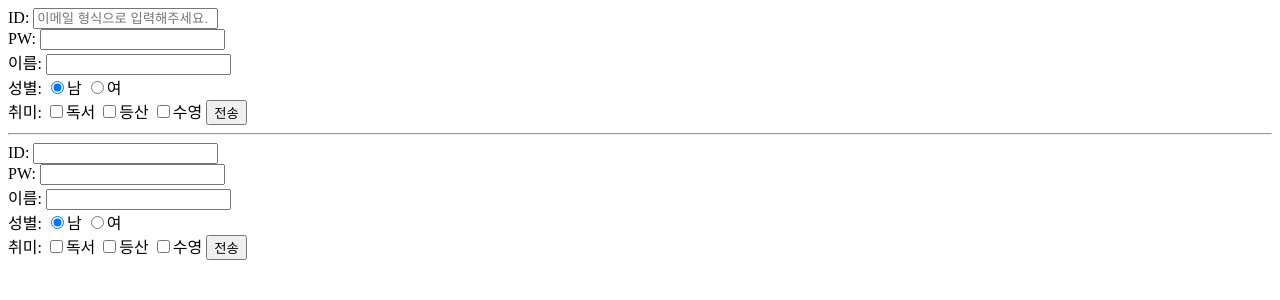
Repository: WonHwiAhn/JAVAClass
Page: 180131_GetParameterValues/WebContent/regist.html
An editor plug-in stored every save of this project. The page is shown before and after the next save, followed by the edit.
The browser window is 1280 px wide. The pictures show the whole page.

Above is the page before, as saved 2018-01-31 01:31:03.

### 180131_GetParameterValues/WebContent/regist.html
<!DOCTYPE html>
<html>
<head>
<meta charset="EUC-KR">
<title>Insert title here</title>
</head>
<body>
	<form action="ms2">
		ID: <input type="text" name="id" placeholder="이메일 형식으로 입력해주세요." length="10"><br>
		PW: <input type="password" name="pw"><br>
		이름: <input type="text" name="userName"><br>
		성별: <input type="radio" name="sex" value="m" checked>남
		<input type="radio" name="sex" value="w">여<br>
		취미: <input type="checkbox" name="hobby" value="0">독서
		<input type="checkbox" name="hobby" value="1">등산
		<input type="checkbox" name="hobby" value="2">수영
		<input type="submit" value="전송">
	</form>

	<hr>

	<form action="ms2" method="post">
		ID: <input type="text" name="id"><br>
		PW: <input type="password" name="pw"><br>
		이름: <input type="text" name="userName"><br>
		성별: <input type="radio" name="sex" value="m" checked>남
		<input type="radio" name="sex" value="w">여<br>
		취미: <input type="checkbox" name="hobby" value="0">독서
		<input type="checkbox" name="hobby" value="1">등산
		<input type="checkbox" name="hobby" value="2">수영
		<input type="submit" value="전송">
	</form>
</body>
</html>

After the next save:
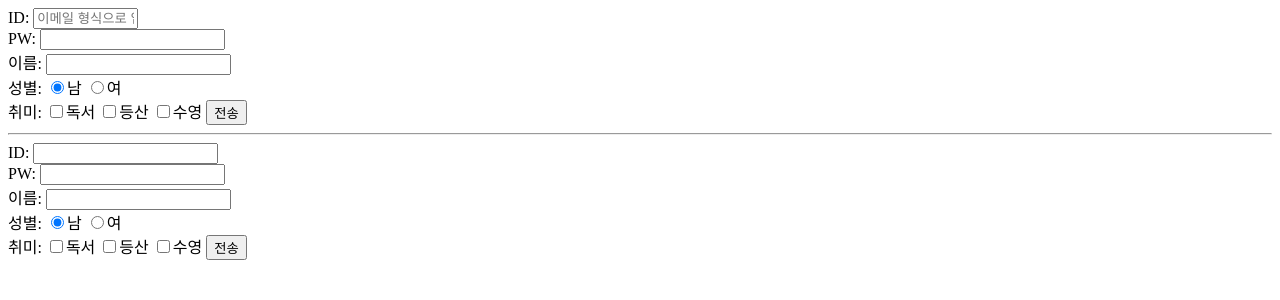
Saved 39 s later.
--- a/180131_GetParameterValues/WebContent/regist.html
+++ b/180131_GetParameterValues/WebContent/regist.html
@@ -6,7 +6,7 @@
 </head>
 <body>
 	<form action="ms2">
-		ID: <input type="text" name="id" placeholder="이메일 형식으로 입력해주세요." length="10"><br>
+		ID: <input type="text" name="id" placeholder="이메일 형식으로 입력해주세요." size="10"><br>
 		PW: <input type="password" name="pw"><br>
 		이름: <input type="text" name="userName"><br>
 		성별: <input type="radio" name="sex" value="m" checked>남
